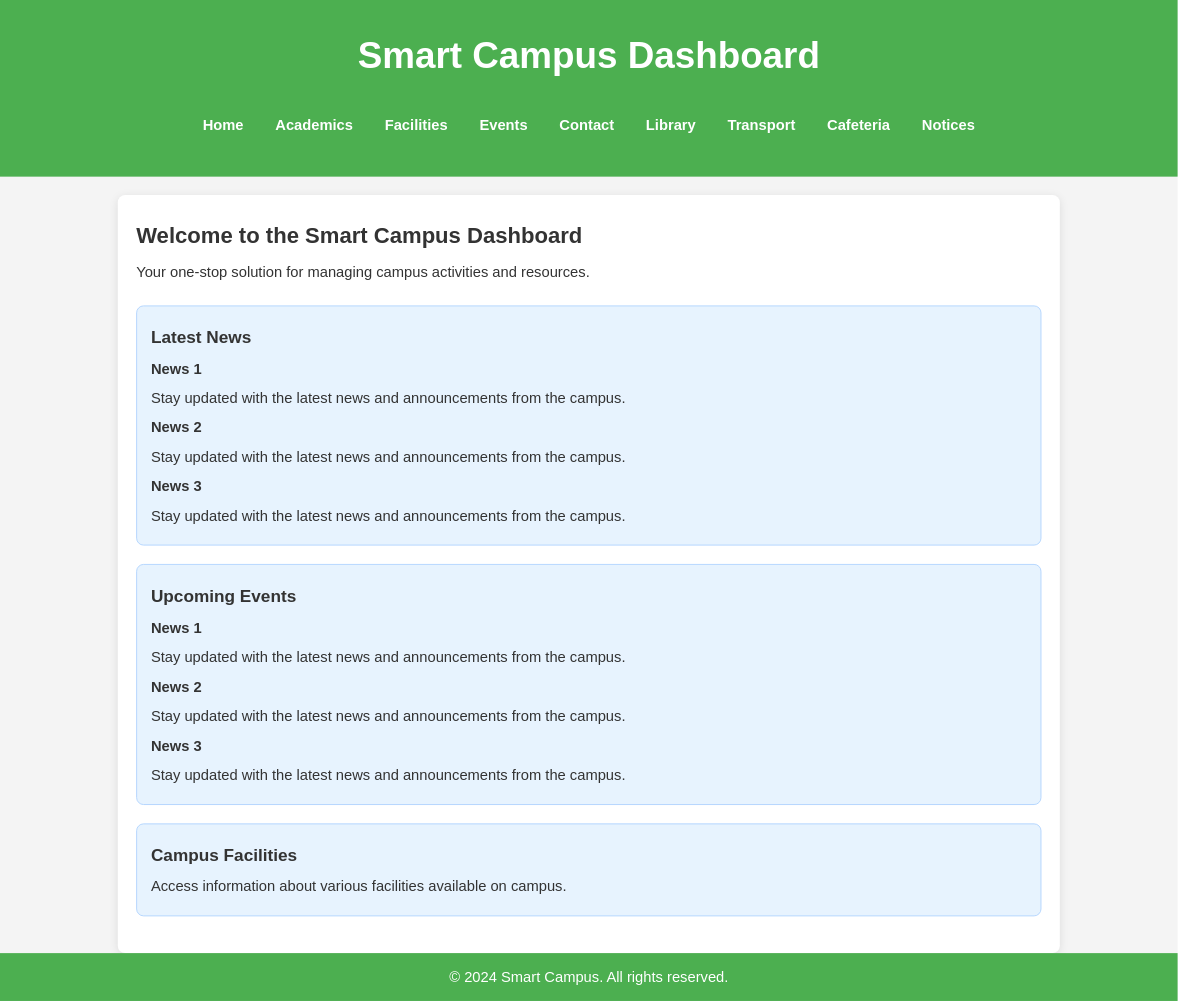
Repository: TejasS1233/MINITHON-hackathon-project
Page: Omar.html
An editor plug-in stored every save of this project. The page is shown before and after the next save, followed by the edit.
The browser window is 1280 px wide. The pictures show the whole page, at 92% of full size.

Above is the page before, as saved 2024-09-20 08:55:14.

### Omar.html
<!DOCTYPE html>
<html lang="en">
<head>
    <meta charset="UTF-8">
    <meta name="viewport" content="width=device-width, initial-scale=1.0">
    <title>Smart Campus Dashboard</title>
    <link rel="stylesheet" href="styles.css">
    <style>
        body {
            font-family: Arial, sans-serif;
            background-color: #f4f4f4;
            margin: 0;
            padding: 0;
        }
        header {
            background-color: #4CAF50;
            color: white;
            padding: 20px;
            text-align: center;
        }
        nav {
            margin: 20px 0;
        }
        nav a {
            margin: 0 15px;
            color: #ffffff;
            font-weight: bold;
            text-decoration: none;
        }
        .container {
            width: 80%;
            margin: auto;
            padding: 20px;
            background: white;
            border-radius: 8px;
            box-shadow: 0 2px 10px rgba(0, 0, 0, 0.1);
        }
        .card {
            background: #e7f3fe;
            border: 1px solid #b1d4fe;
            border-radius: 8px;
            margin: 20px 0;
            padding: 15px;
        }
        footer {
            text-align: center;
            padding: 10px 0;
            background-color: #4CAF50;
            color: white;
            position: relative;
            bottom: 0;
            width: 100%;
        }
    </style>
</head>
<body>

<header>
    <h1>Smart Campus Dashboard</h1>
    <nav>
        <a href="#">Home</a>
        <a href="#">Academics</a>
        <a href="#">Facilities</a>
        <a href="#">Events</a>
        <a href="#">Contact</a>
        <a href="#">Library</a>
        <a href="#">Transport</a>
        <a href="#">Cafeteria</a>
        <a href="#">Notices</a>
    </nav>
</header>

<div class="container">
    <h2>Welcome to the Smart Campus Dashboard</h2>
    <p>Your one-stop solution for managing campus activities and resources.</p>

    <div class="card">
        <h3>Latest News</h3>
        <h4>News 1</h4>
        <p>Stay updated with the latest news and announcements from the campus.</p>
        <h4>News 2</h4>
        <p>Stay updated with the latest news and announcements from the campus.</p>
        <h4>News 3</h4>
        <p>Stay updated with the latest news and announcements from the campus.</p>
    </div>

    <div class="card">
        <h3>Upcoming Events</h3>
        <h4>News 1</h4>
        <p>Stay updated with the latest news and announcements from the campus.</p>
        <h4>News 2</h4>
        <p>Stay updated with the latest news and announcements from the campus.</p>
        <h4>News 3</h4>
        <p>Stay updated with the latest news and announcements from the campus.</p>
    </div>

    <div class="card">
        <h3>Campus Facilities</h3>
        <p>Access information about various facilities available on campus.</p>
    </div>
</div>

<footer>
    <p>&copy; 2024 Smart Campus. All rights reserved.</p>
</footer>

</body>
</html>

### styles.css
* {
    margin: 0;
    padding: 0;
    box-sizing: border-box;
}

body {
    font-family: 'Arial', sans-serif;
    background-color: white;
    color: #333;
    line-height: 2;
    padding: 20px;
}


header {
    background-color: turquoise;
    color: white;
    padding: 20px 0;
    text-align: center;
    margin-bottom: 20px;
}

header h1 {
    font-size: 2.5em;
}


.announcement {
    background-color: rgb(220, 64, 7);
    padding: 20px;
    border-radius: 5px;
    box-shadow: 0 2px 10px rgba(0, 0, 0, 0.5);
    margin-bottom: 20px;
}

.announcement h2 {
    font-size: 2em;
    margin-bottom: 15px;
}

.announcement p {
    margin-bottom: 10px;
    font-size: 1.1em;
}

.cta-button {
    display: inline-block;
    background-color: #4CAF50;
    color: white;
    padding: 10px 20px;
    text-decoration: none;
    border-radius: 5px;
    margin-top: 10px;
    font-weight: bold;
}

.cta-button:hover {
    background-color: #45a049;
}


footer {
    text-align: center;
    padding: 20px 0;
    background-color: #333;
    color: white;
    position: fixed;
    width: 100%;
    bottom: 0;
}

After the next save:
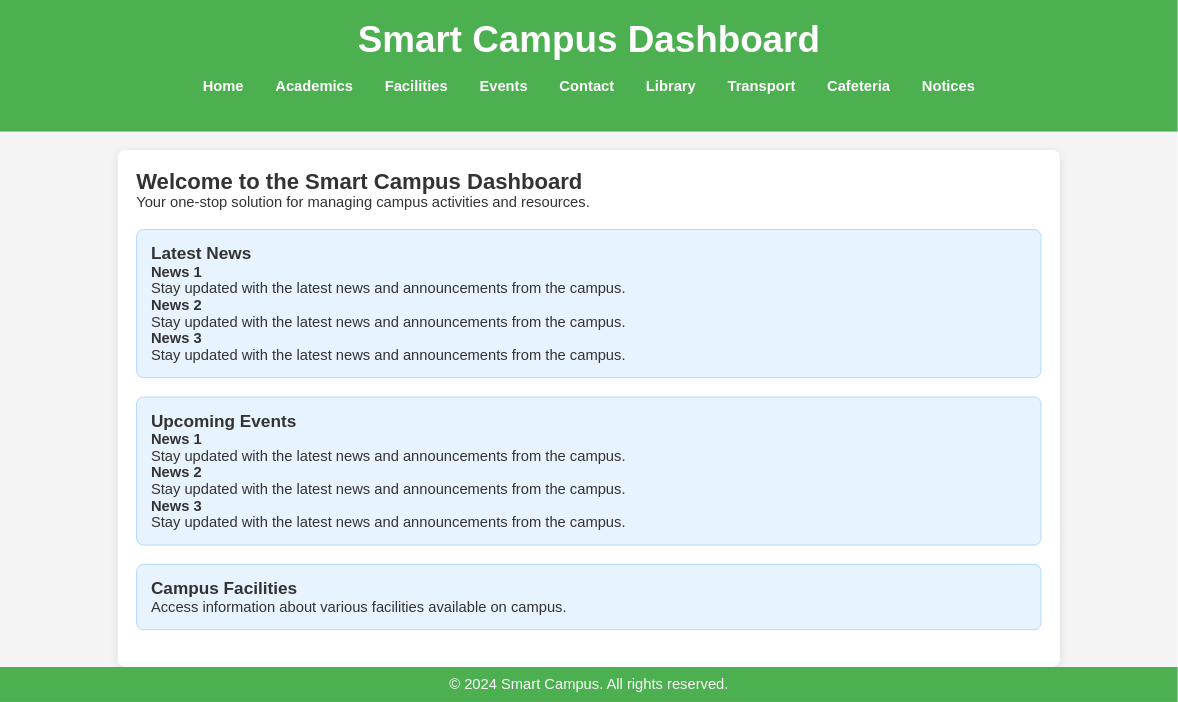
Saved 18 s later.
--- a/styles.css
+++ b/styles.css
@@ -8,7 +8,6 @@ body {
     font-family: 'Arial', sans-serif;
     background-color: white;
     color: #333;
-    line-height: 2;
     padding: 20px;
 }
 
